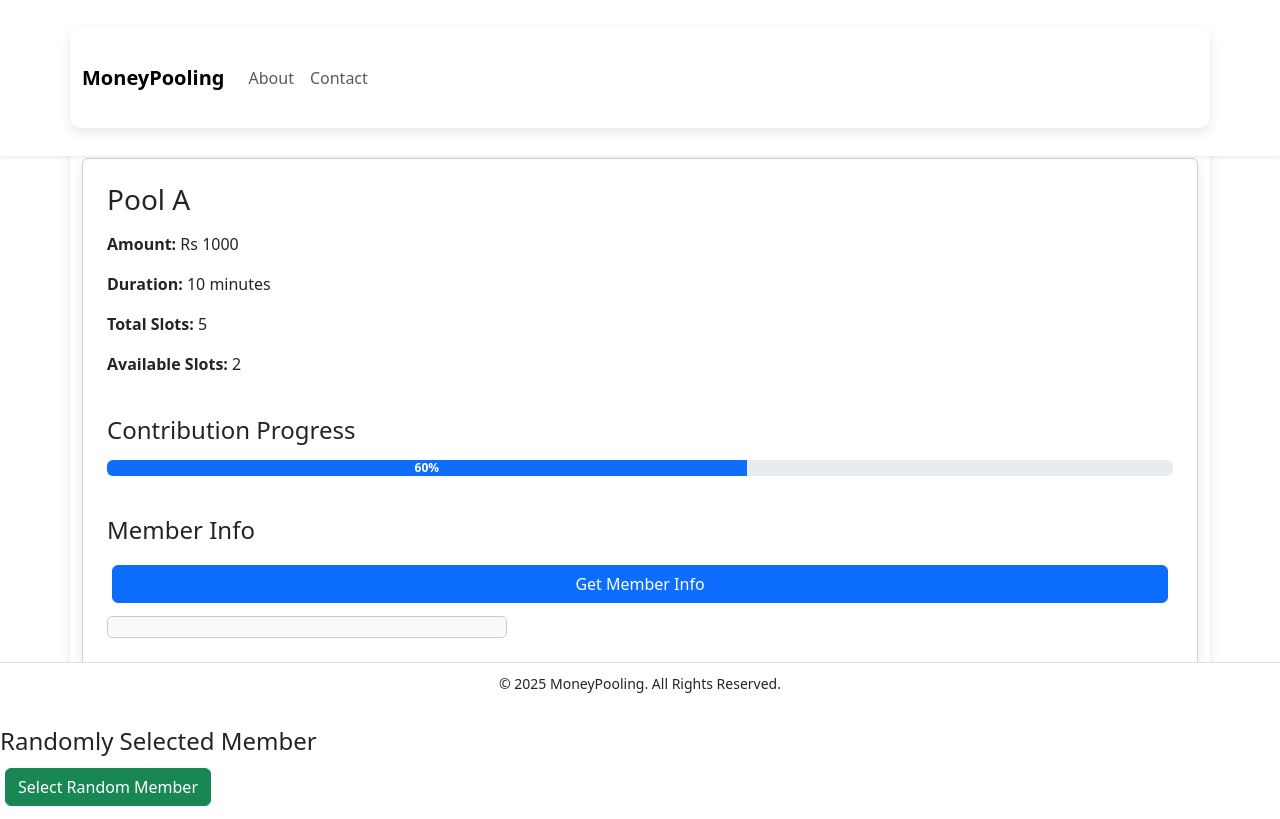
Repository: xxgautm420/MoneyPool
Page: http://localhost/progress
These files come from the project's save history. The page is drawn as it stood at one moment and after the next save; the edit follows.
The browser window is 1280 px wide. The pictures show the whole page.
The page is served by the project's application, run on Flask 3 (app.py).

Above is the page before, as saved 2025-03-01 21:36:40.

After the next save:
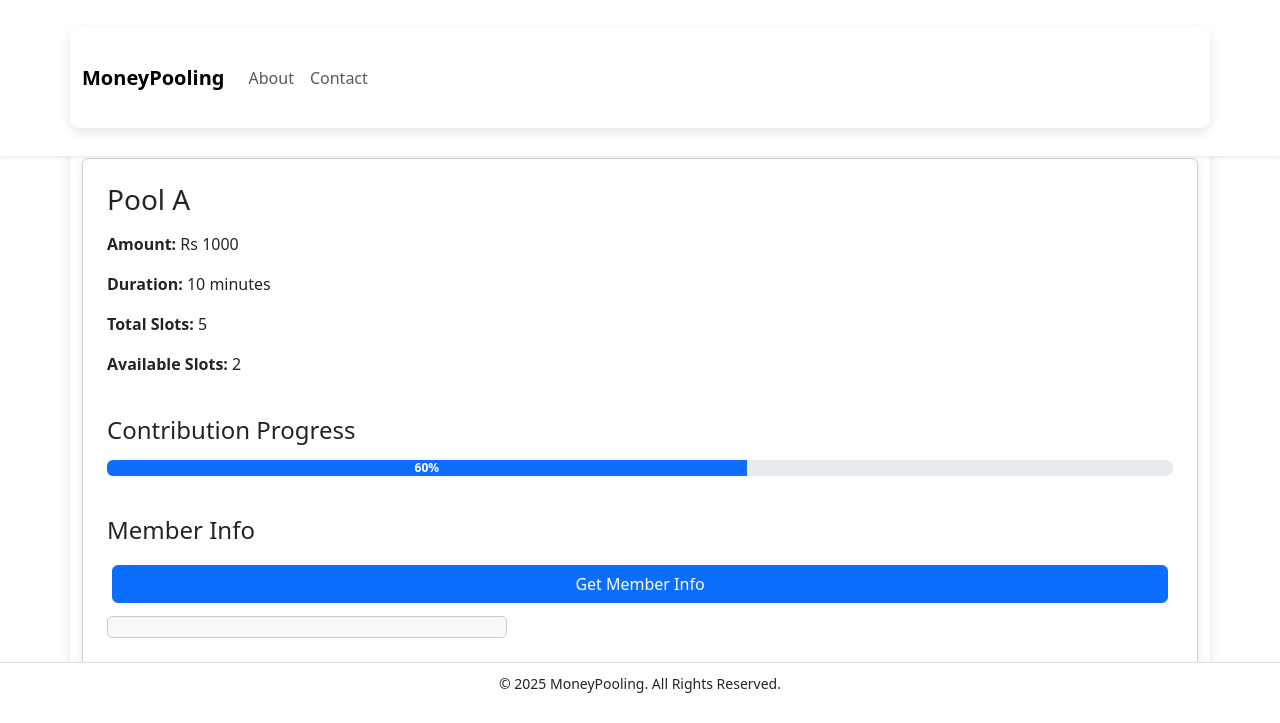
Console error: ReferenceError: randomSelectButton is not defined
Saved 26 s later.
--- a/templates/progress.html
+++ b/templates/progress.html
@@ -56,10 +56,6 @@
 
 
 
-    <h4 class="mt-4">Randomly Selected Member</h4>
-    <button id="randomSelectButton" class="btn btn-success">Select Random Member</button>
-    <div id="selectedMemberPlaceholder" class="selected-member-placeholder mt-2"></div> <!-- Placeholder for selected username -->
-
     <!-- Footer -->
     <footer class="footer">
         <p>&copy; 2025 MoneyPooling. All Rights Reserved.</p>

After the 2 saves that followed:
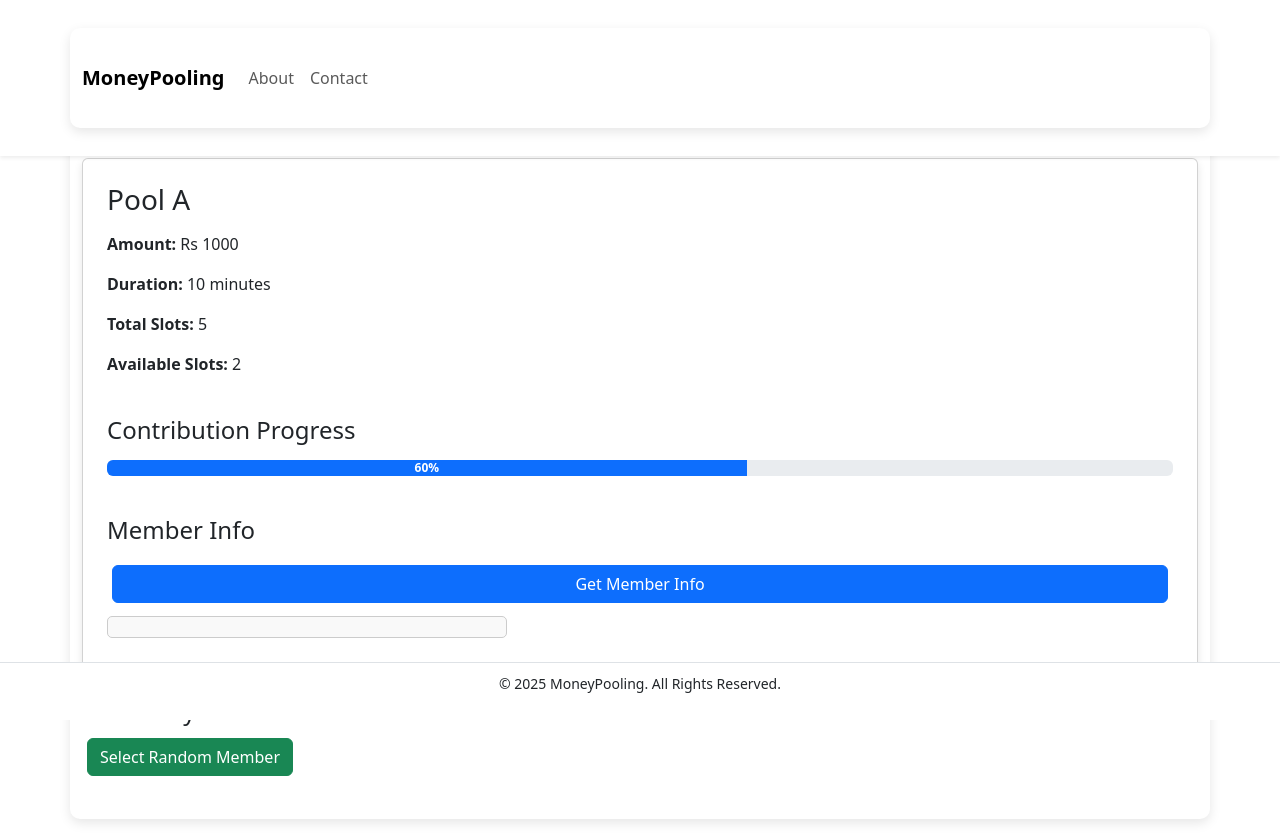
The error is gone.
The 2 saves are shown as one change because they came seconds apart.
The last was saved 7 s later.
--- a/templates/progress.html
+++ b/templates/progress.html
@@ -51,6 +51,12 @@
             <div id="usernamePlaceholder" class="username-placeholder mt-2"></div> <!-- Placeholder for username -->
 
         </div>
+
+
+
+    <h4 class="mt-4">Randomly Selected Member</h4>
+    <button id="randomSelectButton" class="btn btn-success">Select Random Member</button>
+    <div id="selectedMemberPlaceholder" class="selected-member-placeholder mt-2"></div> <!-- Placeholder for selected username -->
     </div>
 
 
